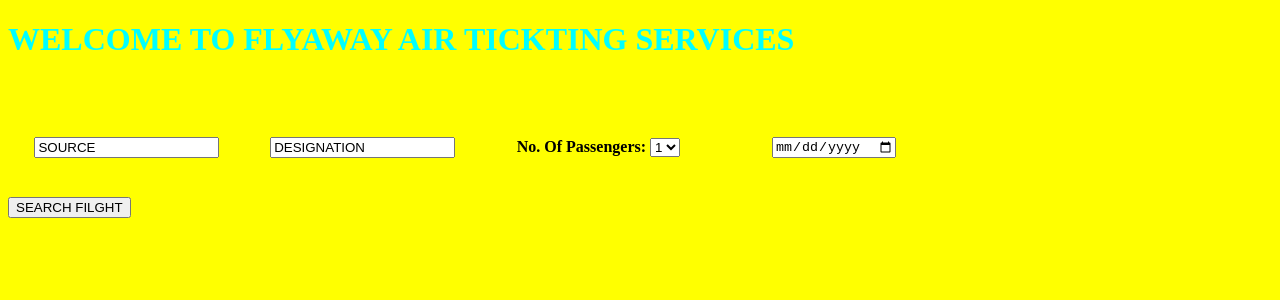
Repository: jha6435/backendcode
Page: demo1forDelete/src/main/webapp/home.html
The author's editor kept a copy of each file at every save. The page is drawn from the files as they stood at one save, then again after the next save.
The browser window is 1280 px wide. The pictures show the whole page.

Above is the page before, as saved 2022-12-20 04:02:12.

### demo1forDelete/src/main/webapp/home.html
<!DOCTYPE html>
<html>
<head>
<meta charset="ISO-8859-1">
<title>Phase 2 project (FlyAway)</title>
</head>
<body style="background-color: yellow;">
<form action="http://localhost:8080/PROJECTDEMO1/ControllerServlet" method="post">
<h1 style="color: aqua;"> WELCOME TO FLYAWAY AIR TICKTING SERVICES</h1>
 <marquee> <p style="color: blue;">FlyAway is a leading airline company in the world since 2000</p></marquee>
 <div>
  <table>
    <tr>
      <th style="width: 20%;"><input type="text" name="scode" value="SOURCE"></th>
      <th style="width: 20%;"><input type="text" name="dsgn" value="DESIGNATION"></th>
      <th style="width: 20%;">No. Of Passengers:
      <select>
      <option>1</option>
      <option>2</option>
      <option>3</option>
      <option>4</option>
      <option>5</option>
      <option>6</option>
      </select></th>
      <th style="width: 20%;"><input type="date"></th>

  </table>
</div>

 <br>
 <br>
</form>
 <button a href=""> SEARCH FILGHT </a></button>
</body>
</html>

After the next save:
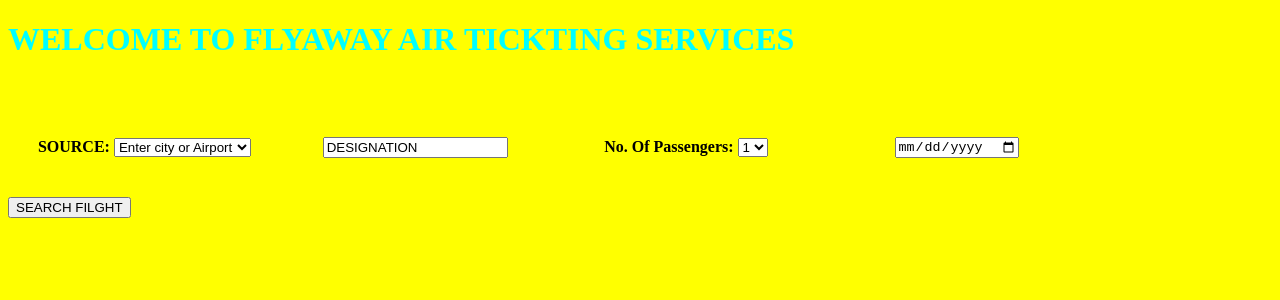
Saved 4 min 56 s later.
--- a/demo1forDelete/src/main/webapp/home.html
+++ b/demo1forDelete/src/main/webapp/home.html
@@ -11,7 +11,28 @@
  <div>
   <table>
     <tr>
-      <th style="width: 20%;"><input type="text" name="scode" value="SOURCE"></th>
+      <th style="width: 20%;"> SOURCE:
+    <select>
+        <option>Enter city or Airport</option>
+        <option>New delhi</option>
+        <option>Mumbai</option>
+        <option>patna</option>
+        <option>kolkata</option>
+        <option>chennai</option>
+        <option>chandigarh</option>
+        <option>hydrabad</option>
+        <option>nasik</option>
+        <option>pune</option>
+        <option>Nagpur</option>
+        <option>faridabad</option>
+        <option>Noida</option>
+        <option>Muzaffarpur</option>
+        <option>Gorakhpur</option>
+        <option>Kanpur</option>
+        <option>Lucknow</option>
+        <option>sirsa</option>
+
+    </select></th>
       <th style="width: 20%;"><input type="text" name="dsgn" value="DESIGNATION"></th>
       <th style="width: 20%;">No. Of Passengers:
       <select>
